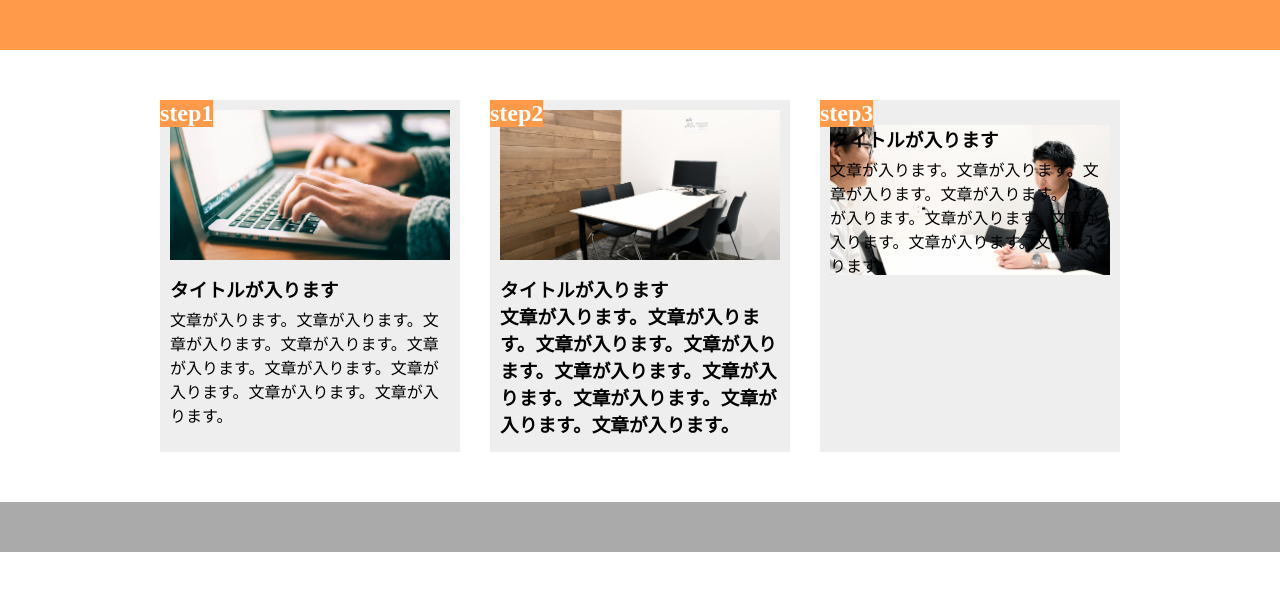
Repository: rie-koyuzu/kadai
Page: kadai/index.html
The author's editor kept a record of every edit. The page is drawn from the files as they stood at one moment, then again after the next edit.
The browser window is 1280 px wide. The pictures show the whole page.
Some web libraries are served in a nearby version.

Above is the page before.

After the next edit:
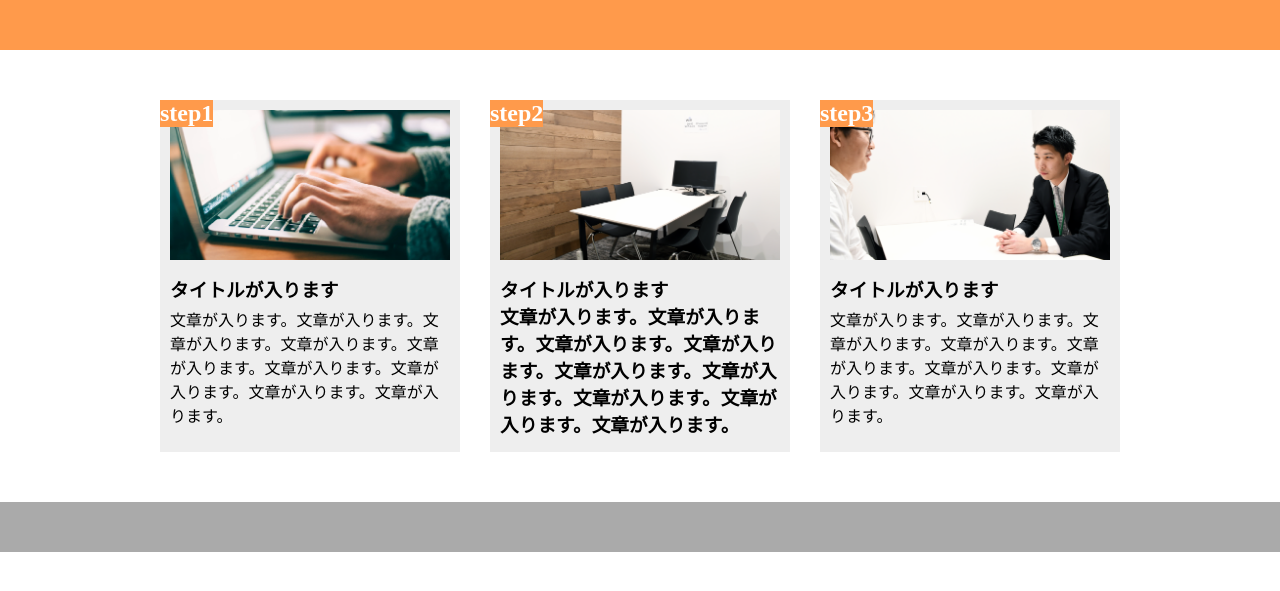
The edit:
--- a/kadai/index.html
+++ b/kadai/index.html
@@ -40,7 +40,7 @@
           </div>
 
    <div class="step-box">
-     <div class="step3-item">
+     <h1><div class="step3-item"></h1>
         <!--<section class="main-step-text">-->
           <h2 class="step-num">step3</h2>
           <h3 class="step-title">タイトルが入ります</h3>
